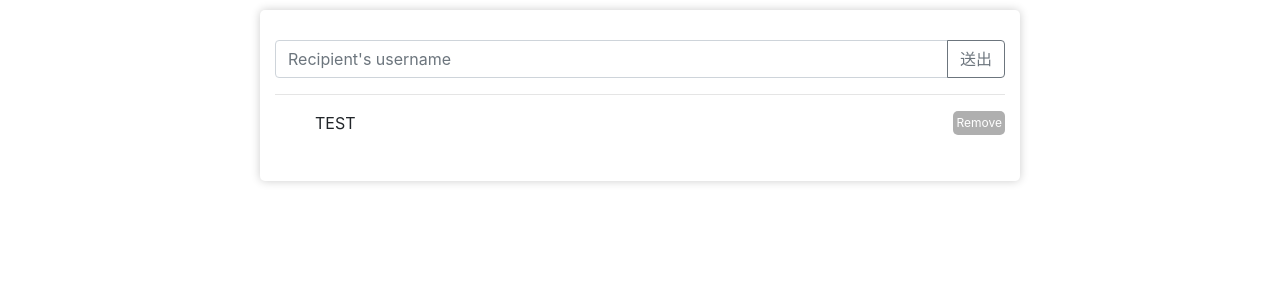
Repository: iian0910/vue3_todoList
Page: /
These files come from the project's save history. The page is drawn as it stood at one moment and after the next save; the edit follows.
The browser window is 1280 px wide. The pictures show the whole page.
The project was rebuilt for these pictures with package versions that can differ from the ones it lists, and the page was loaded fresh each time.

Above is the page before, as saved 2021-02-23 16:13:04.

After the next save:
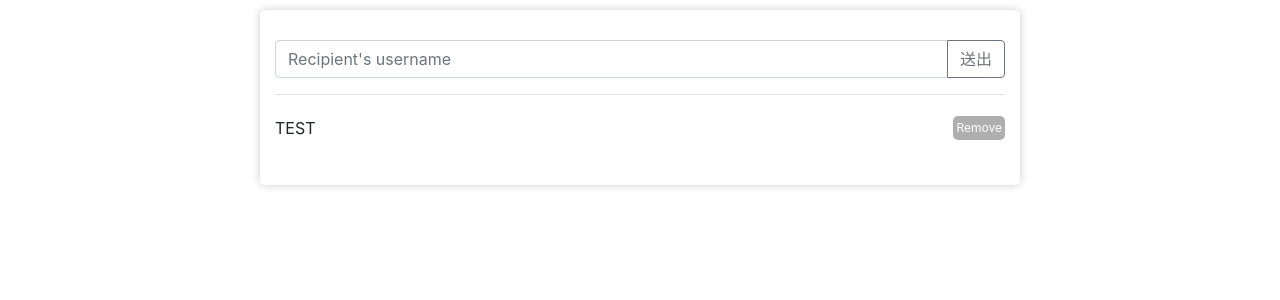
Saved 39 s later.
--- a/src/components/TodoList.vue
+++ b/src/components/TodoList.vue
@@ -20,7 +20,7 @@
         <hr>
         <!-- List 展示 -->
         <ul class="list">
-          <li class="list-item d-flex justify-content-between align-items-center mb-1" v-for="(todo, index) in todoList" :key="index">
+          <li class="list-item d-flex justify-content-between align-items-center" v-for="(todo, index) in todoList" :key="index">
             <label class="list-item-title m-0 p-0">{{todo.title}}</label>
             <div class="remove-list">Remove</div>
           </li>
@@ -85,7 +85,13 @@ export default defineComponent({
   box-shadow: 0px 0px 10px 0px rgba(0, 0, 0, 0.2);
 }
 .list{
+  padding: 0;
+  margin: 0;
   list-style: none;
+}
+.list-item{
+  padding: 5px 0;
+  margin-bottom: 10px;
 }
 .remove-list{
   padding: 3px;
